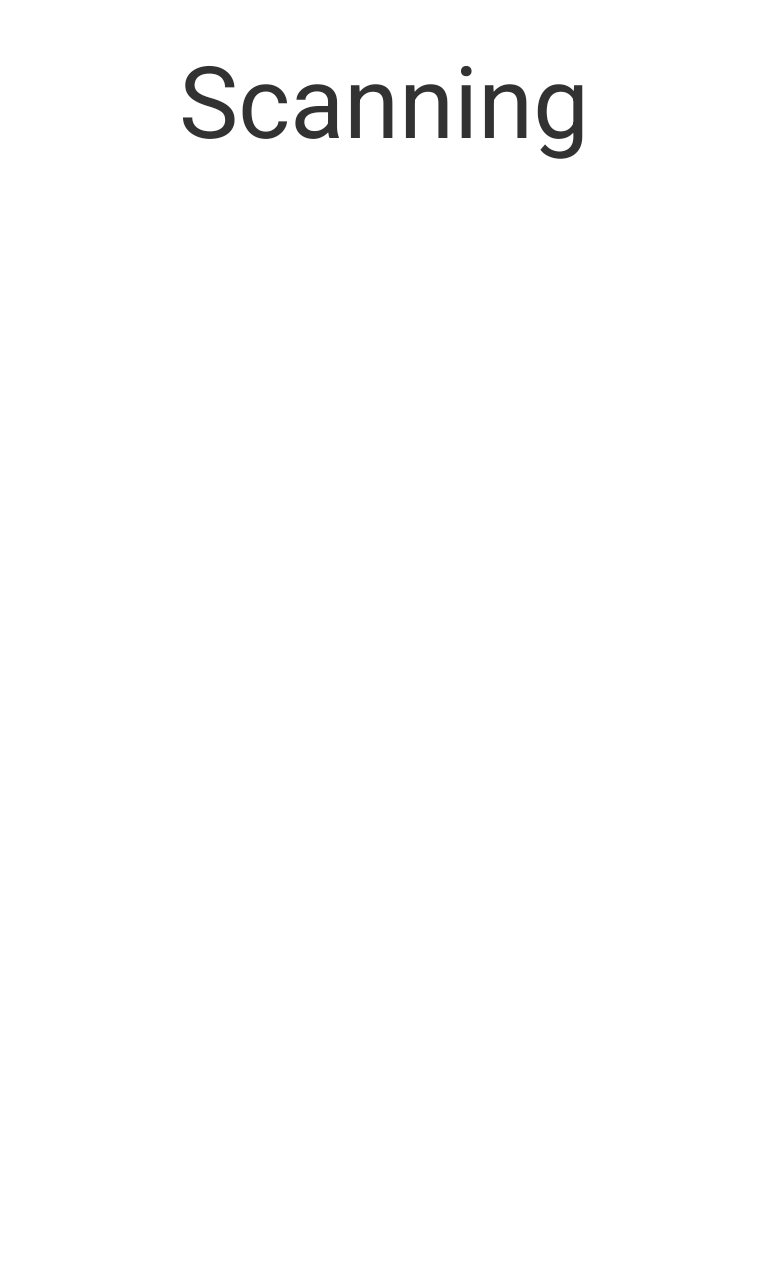
Repository: bleproj/ble-android
Layout: ble/res/layout/activity_manual_checkin.xml
These files come from the project's save history. The layout is drawn as it stood at one moment and after the next save; the edit follows.
It is drawn on a 768 x 1280 px phone screen (xhdpi) without system bars, with theme AppTheme; the app's code is not run. Lists and similar views that code fills are empty.

Above is the layout before, as saved 2013-11-26 15:09:21.

After the next save:
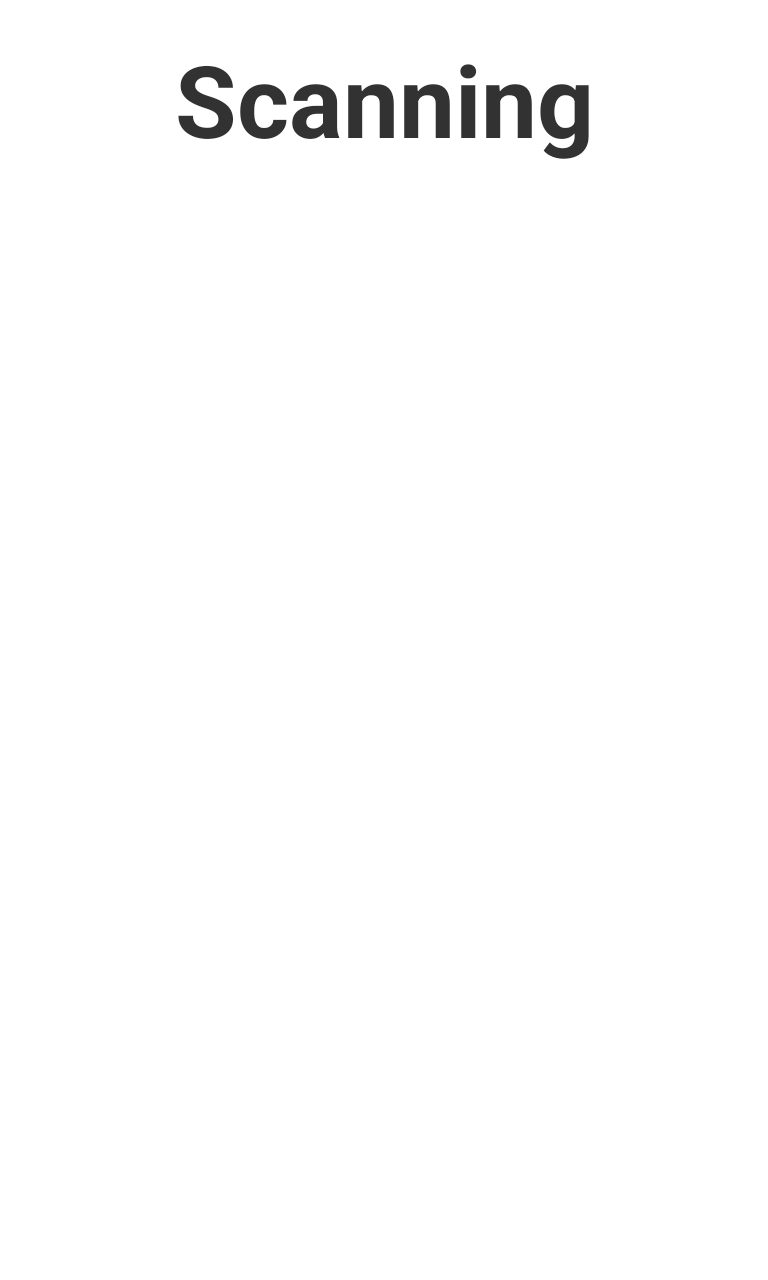
Saved 29 s later.
--- a/ble/res/layout/activity_manual_checkin.xml
+++ b/ble/res/layout/activity_manual_checkin.xml
@@ -15,7 +15,7 @@
         android:layout_alignLeft="@+id/listView1"
         android:textSize="50sp"
         android:gravity="center_horizontal"
-        android:textstyle="1"
+        android:textStyle="1"
         android:text="Scanning"
         android:layout_alignParentTop="true" />
 
